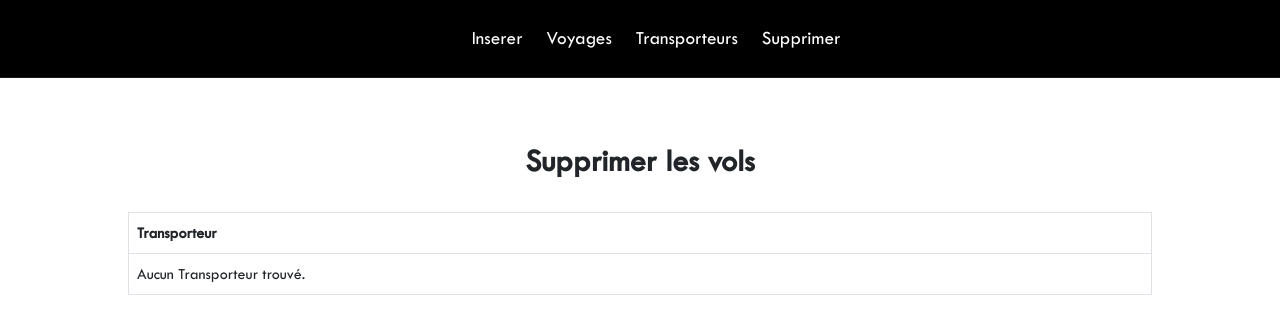
Repository: padevft/examen1-php
Page: http://localhost/server/pages/supprimerVols.php
An editor plug-in stored every save of this project. The page is shown before and after the next save, followed by the edit.
The browser window is 1280 px wide. The pictures show the whole page.
The page is run by PHP 8.4 with error messages shown; the project is at /var/www/html/.

Above is the page before, as saved 2023-10-11 00:22:56.

### server/pages/supprimerVols.php
<?php
    // require_once('../voyage/includes/Voyage.php');
    // require_once('../voyage/modeleVoyage.php');
    function Ctr_Liste(){
        // return Mdl_ListeTransporteur();
        return "";
    }
    $resultat = Ctr_Liste();
?>

<!DOCTYPE html>
<html lang="en">

<head>
  <meta charset="UTF-8" />
  <meta name="viewport" content="width=device-width, initial-scale=1.0" />
  <title>Examen1</title>

  <link rel="stylesheet" href="../../client/utilitaires/bootstrap/css/bootstrap.min.css">
  <link rel="stylesheet" href="../../client/utilitaires/font-awesome-4.7.0/css/font-awesome.min.css">
  <link rel="stylesheet" href="../../client/utilitaires/swiper/swiper-bundle.min.css">
  <link rel="stylesheet" href="../../client/css/styles.css">

</head>

<body>
  <header>
    <nav class="container-nav">
        <ul class="d-flex flex-row align-items-center justify-content-center gap-4 menu">
          <li><a href="./../../index.php" class="menu-item">Inserer</a></li>
            <li><a href="./../../server/pages/voyages.php" class="menu-item">Voyages</a></li>
            <li><a href="./../../server/pages/transporteurs.php" class="menu-item">Transporteurs</a></li>
            <li><a href="./../../server/pages/supprimerVols.php" class="menu-item">Supprimer</a></li>
        </ul>
    </nav>
  </header>
  <main class="voyages">
    <h2 class="d-flex justify-content-center py-3"><b>Supprimer les vols</b></h2>
    <div class="table-responsive">
        <table class="table table-bordered rounded my-2 bg-white">
                <thead>
                    <tr class="active text-secondary">
                        <th>Transporteur</th>
                    </tr>
                </thead>
                <tbody>
                <?php
                    // Testez si $resultat est un tableau
                    if (is_array($resultat)) {
                        // Si c'est un tableau, itérez à travers les éléments et affichez-les
                        foreach ($resultat as $row) {
                            echo "<tr>";
                            echo "<td>" . $row['transporteur'] . "</td>";
                            echo "</tr>";
                        }
                    } else {
                        // Sinon, affichez un message d'erreur
                        echo "<tr><td colspan='4'>Aucun Transporteur trouvé.</td></tr>";
                    }
                    ?>
                </tbody>
            </table>
    </div>

  </main>
  <script src="../../client/utilitaires/Jquery/jquery-3.6.0.min.js"></script>
  <script src="../../client/utilitaires/bootstrap/js/bootstrap.min.js"></script>
</body>

</html>

### client/css/styles.css
/* var text-decoration */
@font-face {
  font-family: myfont;
  src: url(../utilitaires/fonts/ufonts.com_tw-cen-mt.ttf);
}

:root {
  --color-primary: #c54f13;
  --color-primary-1: #b76b452e;
  --color-white-1: #fff;
  --color-dashed: #cccccc2f;
  --color-dashed-1: #cccccc90;
  --color-bg-1: rgba(0, 0, 0, 0.366);
}

* {
  transition: all 0.5s ease;
}

body {
  font-family: myfont !important;
}
h1 {
  display: inline-flex;
  position: relative;
  cursor: pointer;
}

a {
  color: unset;
  outline: unset;
  text-decoration: none !important;
}

ul {
  list-style-type: none; /* Retire les puces */
}

/*

****************************
Header
****************************

*/

header ul {
  margin: 0 !important;
}
.container-nav {
  padding: 1.5rem 0rem;
  background-color: black;
  border-bottom: 1px solid rgba(255, 255, 255, 0.1);
}

.menu-item {
  display: inline;
  position: relative;
  color: var(--color-white-1);
  padding-bottom: 5px;
  font-size: 1.2rem;
}

.menu-item:hover {
  color: var(--color-primary);
}
.menu-item::before {
  content: "";
  position: absolute;
  bottom: 0;
  left: 0;
  background: var(--color-primary);
  height: 2.5px;
  opacity: 1;
  visibility: visible;
  width: 0;
  -webkit-transition: 0.4s all ease-out;
  -o-transition: 0.4s all ease-out;
  transition: 0.4s all ease-out;
}
.menu-item:hover:before {
  width: 100%;
}

.container-form{
  border : 1px solid #ccc;
  border-radius: 10px;
  height: 100vh;
}
.voyages{
  padding: 3rem 8rem;
}

Loaded but not shown: client/utilitaires/bootstrap/css/bootstrap.min.css (library); client/utilitaires/font-awesome-4.7.0/css/font-awesome.min.css (library); client/utilitaires/swiper/swiper-bundle.min.css (library); client/utilitaires/Jquery/jquery-3.6.0.min.js (library); client/utilitaires/bootstrap/js/bootstrap.min.js (library)

After the next save:
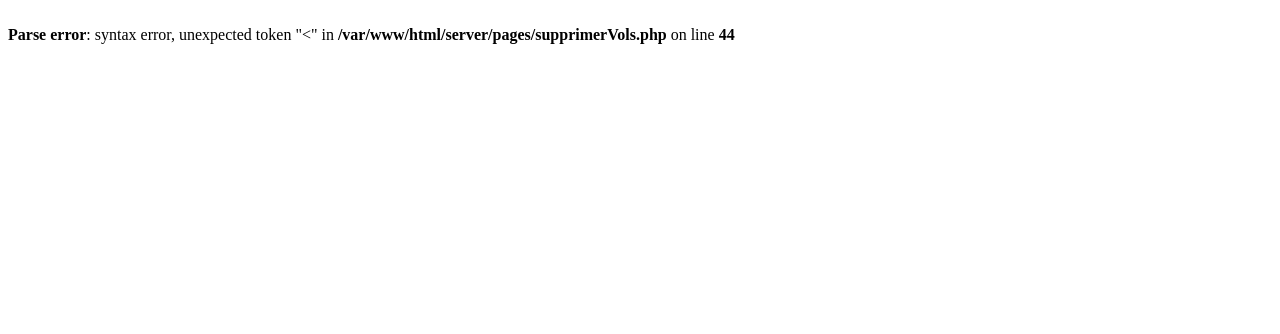
Saved 5 min 32 s later.
--- a/server/pages/supprimerVols.php
+++ b/server/pages/supprimerVols.php
@@ -36,30 +36,26 @@
   </header>
   <main class="voyages">
     <h2 class="d-flex justify-content-center py-3"><b>Supprimer les vols</b></h2>
-    <div class="table-responsive">
-        <table class="table table-bordered rounded my-2 bg-white">
-                <thead>
-                    <tr class="active text-secondary">
-                        <th>Transporteur</th>
-                    </tr>
-                </thead>
-                <tbody>
-                <?php
-                    // Testez si $resultat est un tableau
-                    if (is_array($resultat)) {
-                        // Si c'est un tableau, itérez à travers les éléments et affichez-les
-                        foreach ($resultat as $row) {
-                            echo "<tr>";
-                            echo "<td>" . $row['transporteur'] . "</td>";
-                            echo "</tr>";
-                        }
-                    } else {
-                        // Sinon, affichez un message d'erreur
-                        echo "<tr><td colspan='4'>Aucun Transporteur trouvé.</td></tr>";
-                    }
-                    ?>
-                </tbody>
-            </table>
+    <div class="d-flex col-12 col-md-4 flex-column gap-2">
+        <label for="code" class="fw-semibold">Code</label>
+        <?php
+            // Testez si $resultat est un tableau
+            if (is_array($resultat)) {
+                <select name="code" id="code" required class="form-control fw-semibold" placeholder="Code">
+
+        </select>
+                // Si c'est un tableau, itérez à travers les éléments et affichez-les
+                foreach ($resultat as $row) {
+                    echo "<option>";
+                    echo  $row['code'];
+                    echo "</option>";
+                }
+            } else {
+                // Sinon, affichez un message d'erreur
+                echo "<tr><td colspan='4'>Aucun Transporteur trouvé.</td></tr>";
+            }
+        ?>
+
     </div>
 
   </main>

After the save that followed:
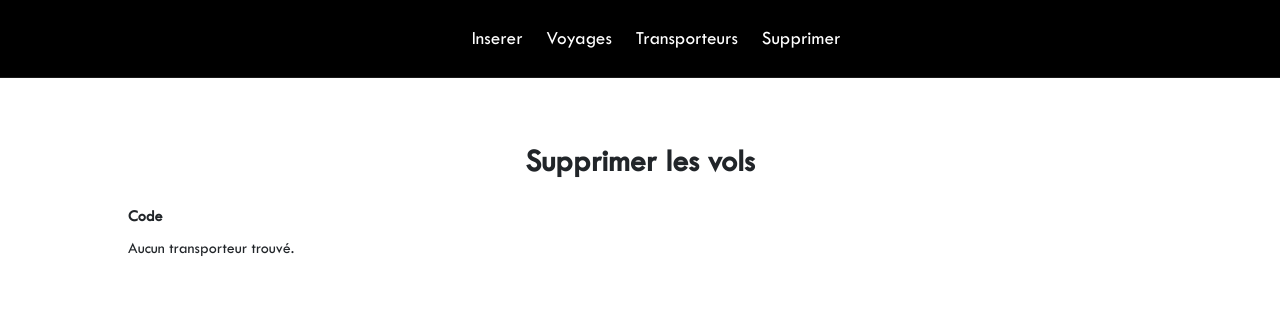
Saved 2 min 0 s later.
--- a/server/pages/supprimerVols.php
+++ b/server/pages/supprimerVols.php
@@ -39,20 +39,16 @@
     <div class="d-flex col-12 col-md-4 flex-column gap-2">
         <label for="code" class="fw-semibold">Code</label>
         <?php
-            // Testez si $resultat est un tableau
-            if (is_array($resultat)) {
-                <select name="code" id="code" required class="form-control fw-semibold" placeholder="Code">
+            if (is_array($resultat) && count($resultat) > 0) {
+                echo '<select name="code" id="code" required class="form-control fw-semibold" placeholder="Code">';
 
-        </select>
-                // Si c'est un tableau, itérez à travers les éléments et affichez-les
                 foreach ($resultat as $row) {
-                    echo "<option>";
-                    echo  $row['code'];
-                    echo "</option>";
+                    echo "<option value='{$row['code']}'>{$row['nom']}</option>";
                 }
+                echo '</select>';
             } else {
-                // Sinon, affichez un message d'erreur
-                echo "<tr><td colspan='4'>Aucun Transporteur trouvé.</td></tr>";
+                // Si le tableau est vide, affichez un message d'erreur
+                echo "<p>Aucun transporteur trouvé.</p>";
             }
         ?>
 
